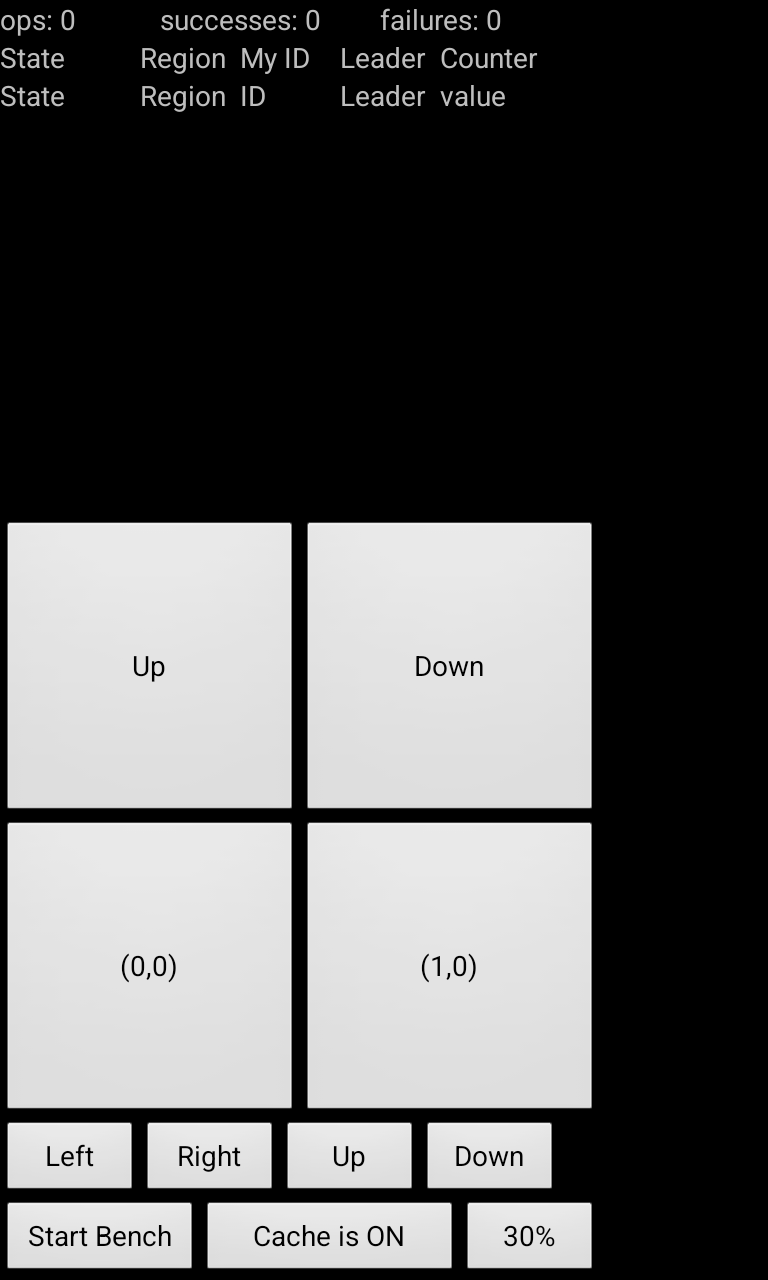
Repository: jasongao/csmcode
Layout: current/workspace/VNConsistent/res/layout/main.xml
An editor plug-in stored every save of this project. The layout is shown before and after a run of saves, followed by the edit.
It is drawn on a 768 x 1280 px phone screen (xhdpi) without system bars, with theme android:Theme; the app's code is not run. Lists and similar views that code fills are empty.

Above is the layout before, as saved 2011-07-17 15:37:21.

### current/workspace/VNConsistent/res/layout/main.xml
<?xml version="1.0" encoding="utf-8"?>
<LinearLayout xmlns:android="http://schemas.android.com/apk/res/android"
	android:orientation="vertical" android:layout_width="fill_parent"
	android:layout_height="fill_parent">

	<LinearLayout android:layout_width="match_parent"
		android:layout_height="wrap_content" android:id="@+id/CountInfoLayout">
		<TextView android:text="ops: 0" android:layout_height="wrap_content"
			android:id="@+id/opcount_tv" android:layout_width="80dip"></TextView>
		<TextView android:text="successes: 0" android:layout_height="wrap_content"
			android:id="@+id/successcount_tv" android:layout_width="110dip"></TextView>
		<TextView android:text="failures: 0" android:layout_height="wrap_content"
			android:id="@+id/failurecount_tv" android:layout_width="90dip"></TextView>
	</LinearLayout>

	<LinearLayout android:layout_width="match_parent"
		android:layout_height="wrap_content" android:id="@+id/StatusHeadingLayout">
		<TextView android:text="State" android:id="@+id/TextView04"
			android:layout_height="wrap_content" android:layout_width="70dip"></TextView>
		<TextView android:text="Region" android:layout_width="50dip"
			android:id="@+id/TextView03" android:layout_height="wrap_content"></TextView>
		<TextView android:text="My ID" android:layout_width="50dip"
			android:id="@+id/TextView01" android:layout_height="wrap_content"></TextView>
		<TextView android:layout_height="wrap_content"
			android:layout_width="50dip" android:text="Leader" android:id="@+id/TextView05"></TextView>
		<TextView android:text="Counter" android:layout_height="wrap_content"
			android:id="@+id/TextView06" android:layout_width="75dip"></TextView>
	</LinearLayout>
	<LinearLayout android:layout_width="match_parent"
		android:layout_height="wrap_content" android:id="@+id/StatusInfoLayout">
		<TextView android:text="State" android:layout_height="wrap_content"
			android:id="@+id/state_tv" android:layout_width="70dip"></TextView>
		<TextView android:text="Region" android:layout_height="wrap_content"
			android:layout_width="50dip" android:id="@+id/region_tv"></TextView>
		<TextView android:text="ID" android:layout_width="50dip"
			android:id="@+id/id_tv" android:layout_height="wrap_content"></TextView>
		<TextView android:layout_height="wrap_content"
			android:layout_width="50dip" android:text="Leader" android:id="@+id/leader_tv"></TextView>
		<TextView android:layout_height="wrap_content"
			android:layout_width="75dip" android:text="value" android:id="@+id/csm_tv"></TextView>
	</LinearLayout>

	<ListView android:id="@+id/msgList" android:layout_width="fill_parent"
		android:layout_height="fill_parent" android:stackFromBottom="true"
		android:transcriptMode="alwaysScroll" android:layout_weight="1">
	</ListView>

	<LinearLayout android:layout_width="fill_parent"
		android:orientation="horizontal" android:layout_height="wrap_content"
		android:id="@+id/RegionButton1Layout">
		<Button android:text="Up" android:id="@+id/up_button"
			android:layout_width="150dip" android:layout_height="150dip" />
		<Button android:text="Down" android:id="@+id/down_button"
			android:layout_width="150dip" android:layout_height="150dip" />
	</LinearLayout>

	<LinearLayout android:layout_width="fill_parent"
		android:orientation="horizontal" android:layout_height="wrap_content"
		android:id="@+id/RegionButton2Layout">
		<Button android:text="(0,0)" android:id="@+id/up_button"
			android:layout_width="150dip" android:layout_height="150dip" />
		<Button android:text="(1,0)" android:id="@+id/down_button"
			android:layout_width="150dip" android:layout_height="150dip" />
	</LinearLayout>

	<LinearLayout android:layout_width="fill_parent"
		android:orientation="horizontal" android:layout_height="wrap_content"
		android:id="@+id/RegionButtonLayout">
		<Button android:text="Left" android:id="@+id/left_button"
			android:layout_width="70dip" android:layout_height="40dip" />
		<Button android:text="Right" android:id="@+id/right_button"
			android:layout_width="70dip" android:layout_height="40dip" />
		<Button android:text="Up" android:id="@+id/up_button"
			android:layout_width="70dip" android:layout_height="40dip" />
		<Button android:text="Down" android:id="@+id/down_button"
			android:layout_width="70dip" android:layout_height="40dip" />
	</LinearLayout>

	<LinearLayout android:layout_width="fill_parent"
		android:orientation="horizontal" android:layout_height="wrap_content"
		android:id="@+id/TestButtonsLayout">
		<Button android:text="Start Bench" android:layout_width="100dip"
			android:id="@+id/switchbench_button" android:layout_height="40dip"></Button>
		<Button android:layout_width="130dip" android:text="Cache is ON"
			android:id="@+id/cache_button" android:layout_height="40dip"></Button>
		<Button android:text="30%" android:id="@+id/distribution_button"
			android:layout_height="40dip" android:layout_width="70dip"></Button>
	</LinearLayout>

</LinearLayout>

After the next 2 saves:
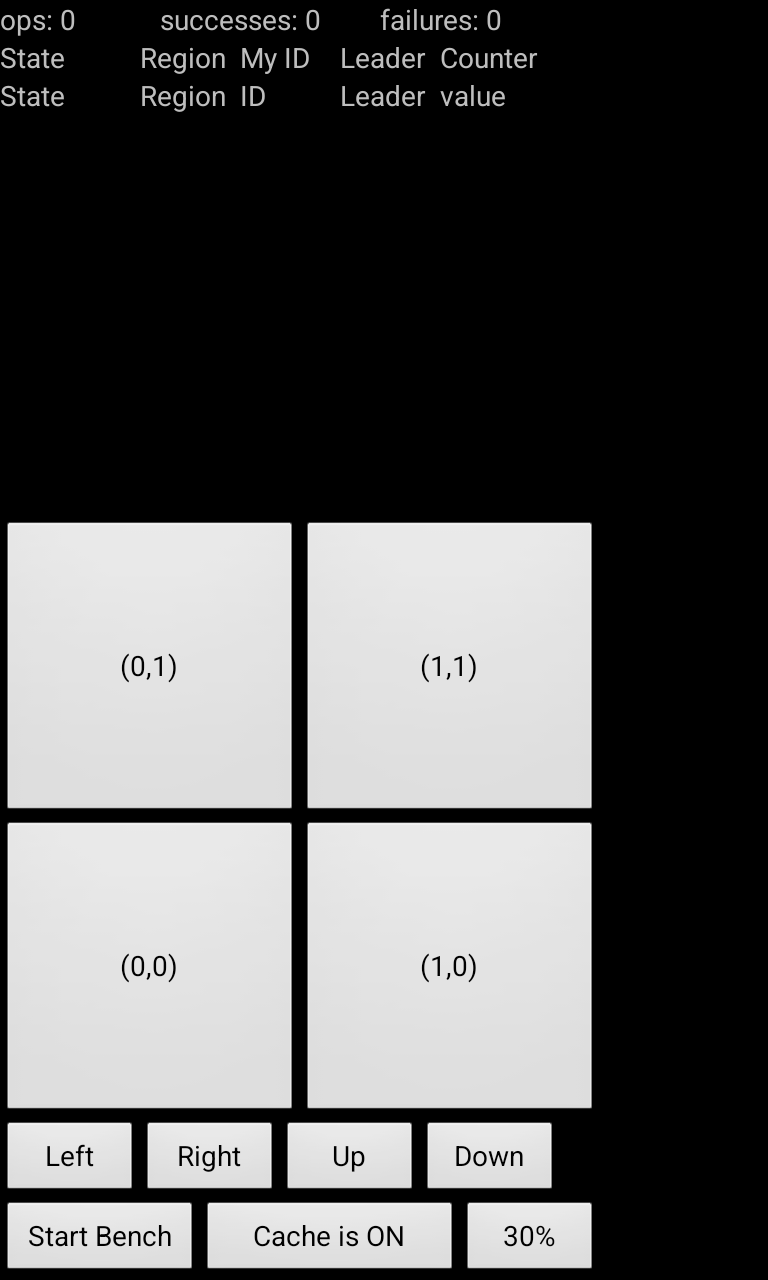
The 2 saves are shown as one change because they came seconds apart.
The last was saved 7 s later.
--- a/current/workspace/VNConsistent/res/layout/main.xml
+++ b/current/workspace/VNConsistent/res/layout/main.xml
@@ -48,9 +48,9 @@
 	<LinearLayout android:layout_width="fill_parent"
 		android:orientation="horizontal" android:layout_height="wrap_content"
 		android:id="@+id/RegionButton1Layout">
-		<Button android:text="Up" android:id="@+id/up_button"
+		<Button android:text="(0,1)" android:id="@+id/up_button"
 			android:layout_width="150dip" android:layout_height="150dip" />
-		<Button android:text="Down" android:id="@+id/down_button"
+		<Button android:text="(1,1)" android:id="@+id/down_button"
 			android:layout_width="150dip" android:layout_height="150dip" />
 	</LinearLayout>
 
